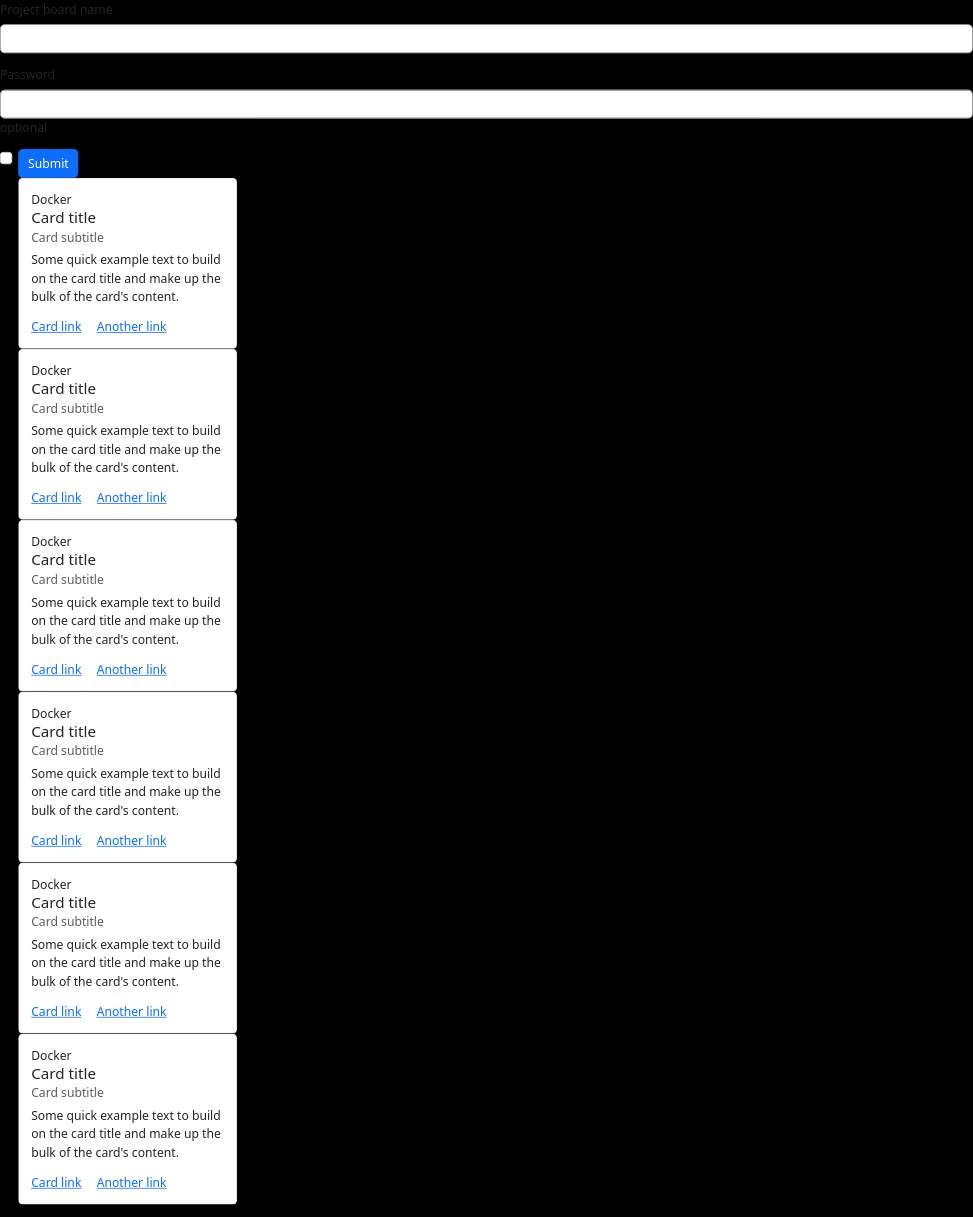
Repository: NSS-Evening-25-Cohort/e25-gitsub-control-alt-defeat
Page: index.html
These files come from the project's save history. The page is drawn as it stood at one moment and after the next save; the edit follows.
The browser window is 1280 px wide. The pictures show the whole page, at 76% of full size.

Above is the page before, as saved 2023-11-06 21:09:37.

After the next save:
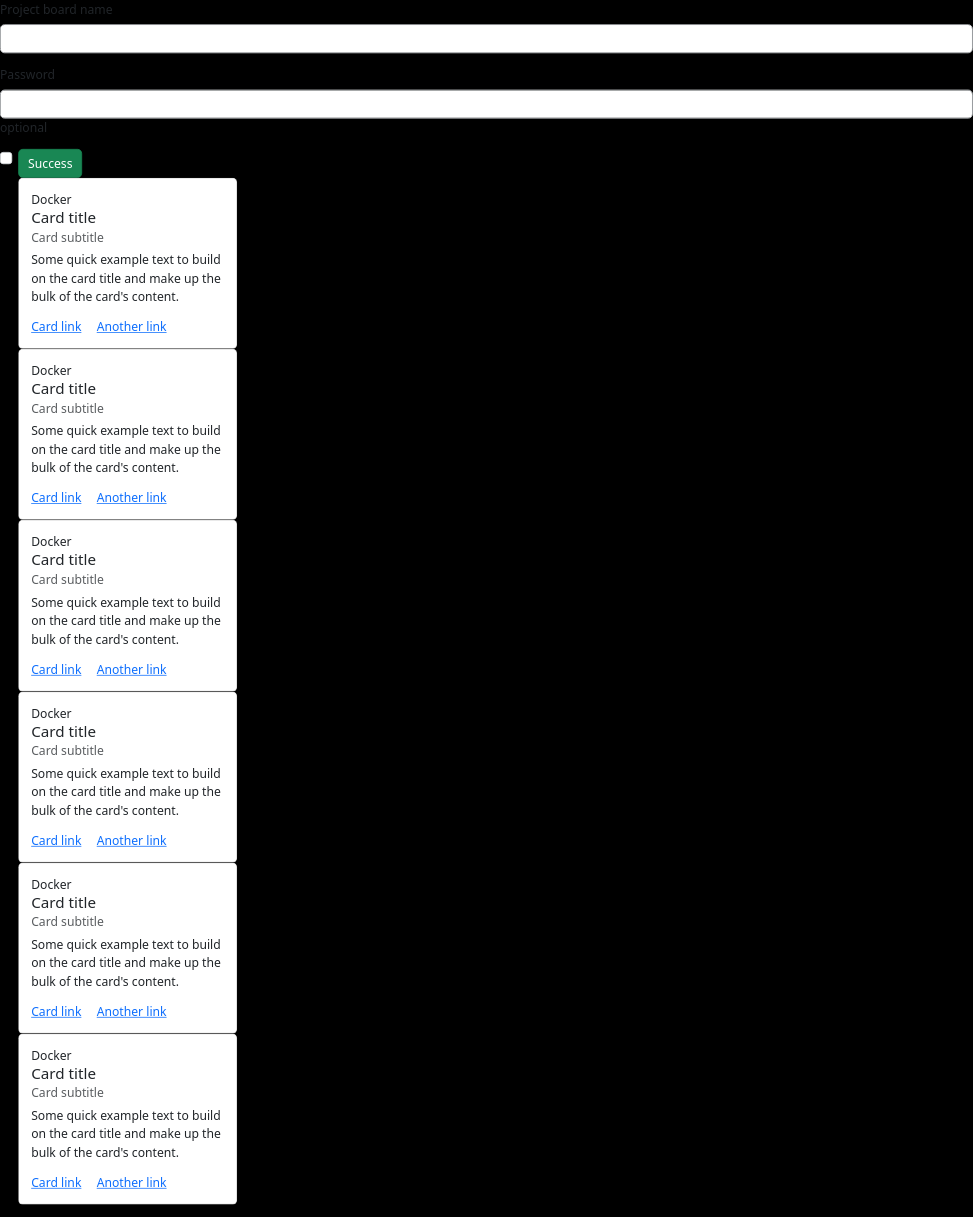
Saved 1 s later.
--- a/index.html
+++ b/index.html
@@ -22,7 +22,7 @@
       </div>
       <div class="mb-3 form-check">
         <input type="checkbox" class="form-check-input" id="exampleCheck1">
-      <button type="submit" class="btn btn-primary">Submit</button>
+        <button type="button" class="btn btn-success">Success</button>
     </form>
     <div id="app1"></div>
     <div id="app2"></div>
